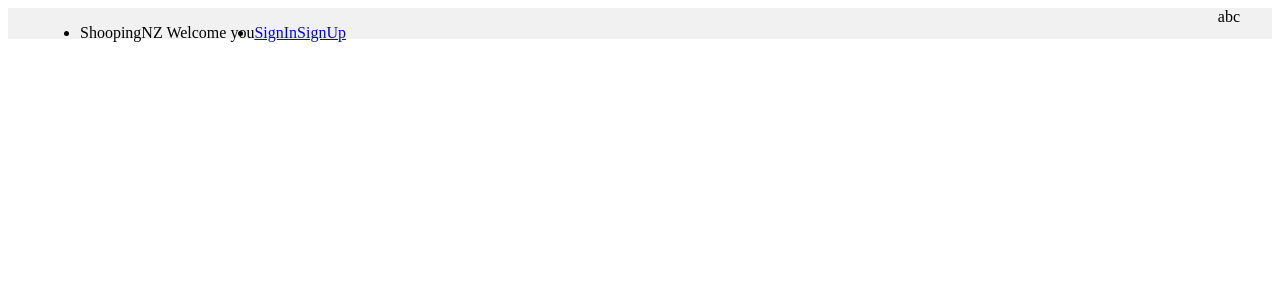
Repository: Jasonlee6789/shoppingWeb
Page: index.html
An editor plug-in stored every save of this project. The page is shown before and after the next save, followed by the edit.
The browser window is 1280 px wide. The pictures show the whole page.

Above is the page before, as saved 2020-05-28 10:08:14.

After the next save:
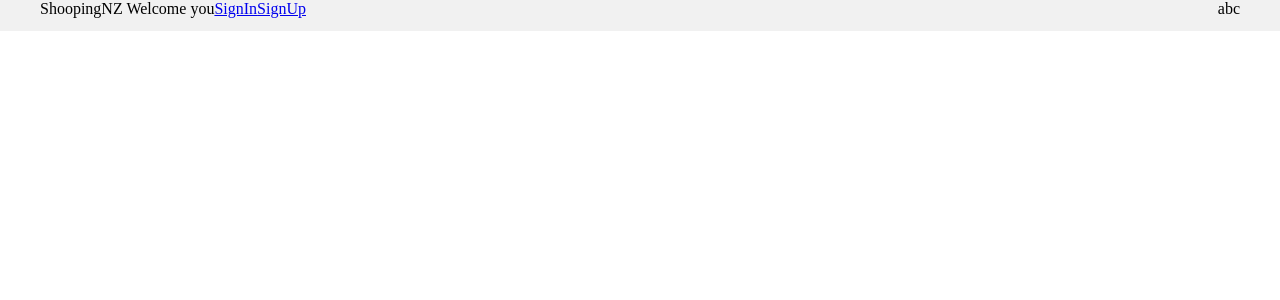
Saved 38 s later.
--- a/index.html
+++ b/index.html
@@ -8,6 +8,7 @@
     <meta name="description" content="正品低价">
     <meta name="keywords" content="网上购物新西兰">
     <link rel="shortcut icon" href="favicon.ico" />
+    <link rel="stylesheet" href="css/base.css">
     <link rel="stylesheet" href="css/common.css">
 
 </head>
